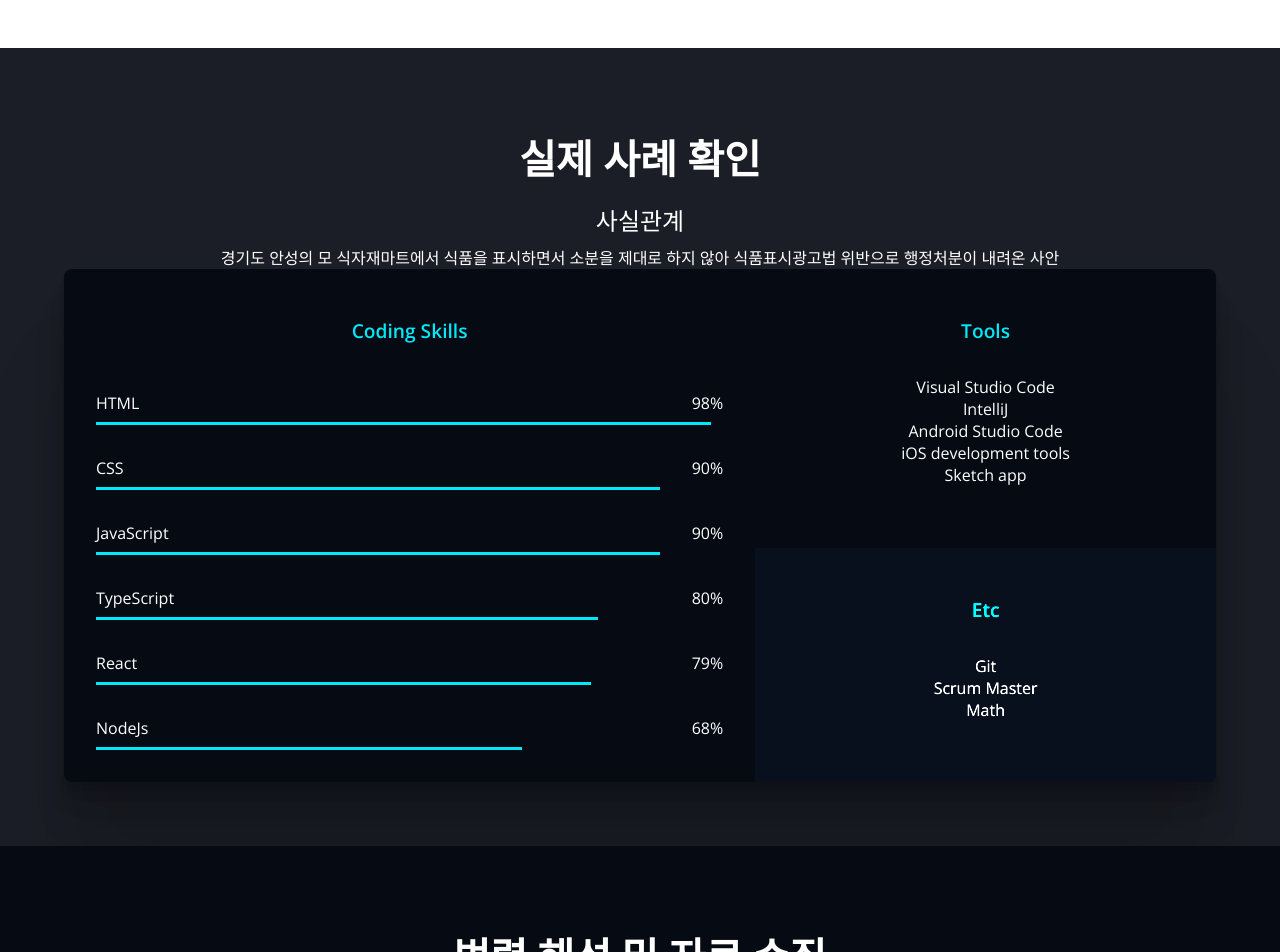
Repository: eggmoon/eggmoon_new
Page: index.html
The author's editor kept a copy of each file at every save. The page is drawn from the files as they stood at one save, then again after a run of saves.
The browser window is 1280 px wide. The pictures show the part of the page from y = 1358 to 2310 px (the page is 4270 px tall before and 4294 px after).
A picture or video elsewhere on the page could not be fetched, so the positions and the page height are approximate. Some web libraries are served in a nearby version.

Above is the page before, as saved 2025-02-26 18:09:00.
Console error: SyntaxError: Unexpected end of input

After the next 2 saves:
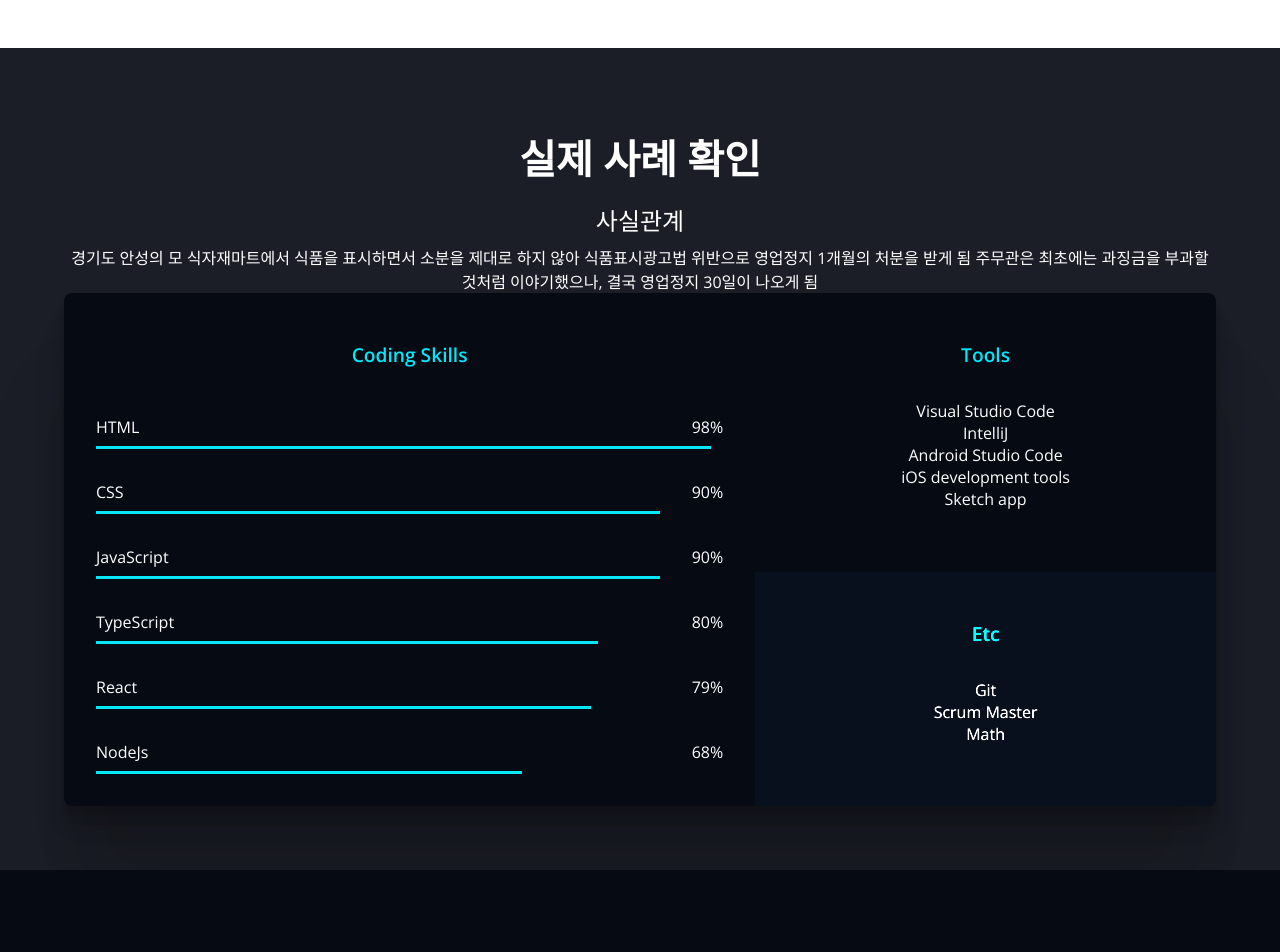
The 2 saves are shown as one change because they came seconds apart.
The last was saved 91 s later.
--- a/index.html
+++ b/index.html
@@ -106,7 +106,8 @@
           <h2 class="title">실제 사례 확인</h2>
           <p class="description">사실관계</p>
           <p>
-            경기도 안성의 모 식자재마트에서 식품을 표시하면서 소분을 제대로 하지 않아 식품표시광고법 위반으로 행정처분이 내려온 사안
+            경기도 안성의 모 식자재마트에서 식품을 표시하면서 소분을 제대로 하지 않아 식품표시광고법 위반으로 영업정지 1개월의 처분을 받게 됨
+            주무관은 최초에는 과징금을 부과할 것처럼 이야기했으나, 결국 영업정지 30일이 나오게 됨
           <div class="skills-container">
             <section class="skills__rule">
               <h3 class="skills__title">Coding Skills</h3>
